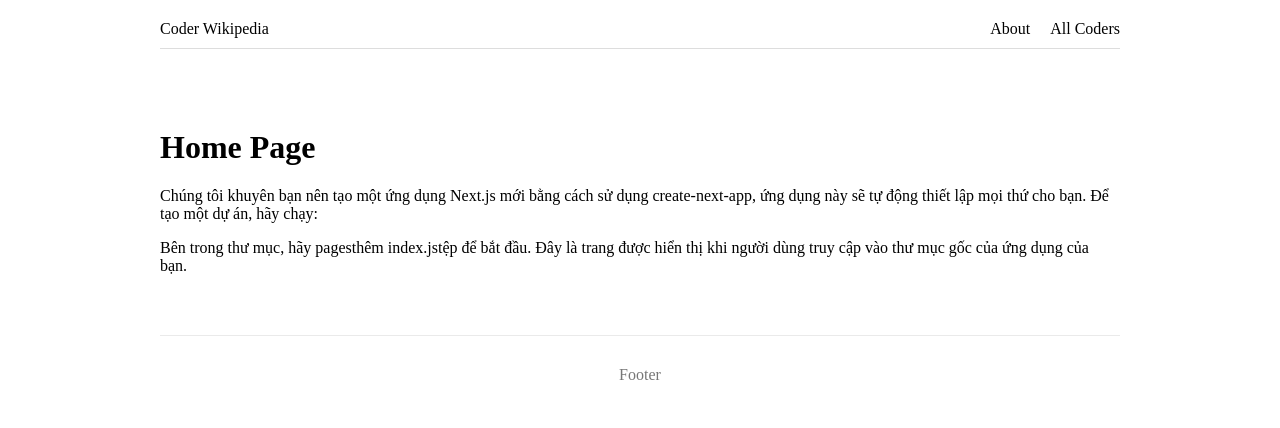
Repository: DuckyNumberONS/H-c-Next-Js
Page: / (app in my-app/)
An editor plug-in stored every save of this project. The page is shown before and after a run of saves, followed by the edit.
The browser window is 1280 px wide. The pictures show the whole page.
The project was rebuilt for these pictures with package versions that can differ from the ones it lists, and the page was loaded fresh each time. The framework's server and built-in components were replaced by stand-ins that run in the browser. Also part of the build but not shown: my-app/next.config.js.

Above is the page before, as saved 2022-09-22 09:24:41.

### my-app/pages/index.js

export default function Home() {
  return (
    <>
      <div>
        <h1>Home Page</h1>
        <p>
          Chúng tôi khuyên bạn nên tạo một ứng dụng Next.js mới bằng cách sử
          dụng create-next-app, ứng dụng này sẽ tự động thiết lập mọi thứ cho
          bạn. Để tạo một dự án, hãy chạy:
        </p>
        <p>
          Bên trong thư mục, hãy pagesthêm index.jstệp để bắt đầu. Đây là trang
          được hiển thị khi người dùng truy cập vào thư mục gốc của ứng dụng của
          bạn.
        </p>
      </div>
    </>
  );
}

### my-app/components/layout.js
import React from 'react'
import Footer from './Footer'
import Navbar from './navbar'

export default function Layout({children}) {
  return (
    <div className='content'>
        <Navbar />
            {children}
        <Footer />
    </div>
  )
}

### my-app/styles/globals.css
body{
  background: white;
  color: black;
  font-family: 'Bungee Spice', cursive;
}
a{
  color: black;
  text-decoration: none;
}
.content{
  max-width: 960px;
  margin: 0 auto;
}
nav{
  margin: 10px auto 80px;
  padding: 10px 0px;
  display: flex;
  justify-content: space-between;
  align-items: center;
  border-bottom: 1px solid #ddd;
}
nav a:not(:first-child){
  margin-left: 20px;
}
footer{
  display: block;
  text-align: center;
  padding: 30px 0;
  margin-top: 60px;
  color: #777;
  border-top: 1px solid #eaeaea;
}

### my-app/components/Footer.js
import React from "react";

export default function Footer() {
  return (
    <footer>Footer</footer>
  );
}

### my-app/components/navbar.js
import React from "react";
import Link from "next/link";
export default function Navbar() {
  return (
    <nav>
      <div>
        <Link href="/">
          <a>Coder Wikipedia</a>
        </Link>
      </div>
      <div>
        <Link href="/about">
          <a>About</a>
        </Link>
        <Link href="/coders">
          <a>All Coders</a>
        </Link>
      </div>
    </nav>
  );
}

Loaded but not shown: my-app/pages/_app.js (common file)

After the next 4 saves:
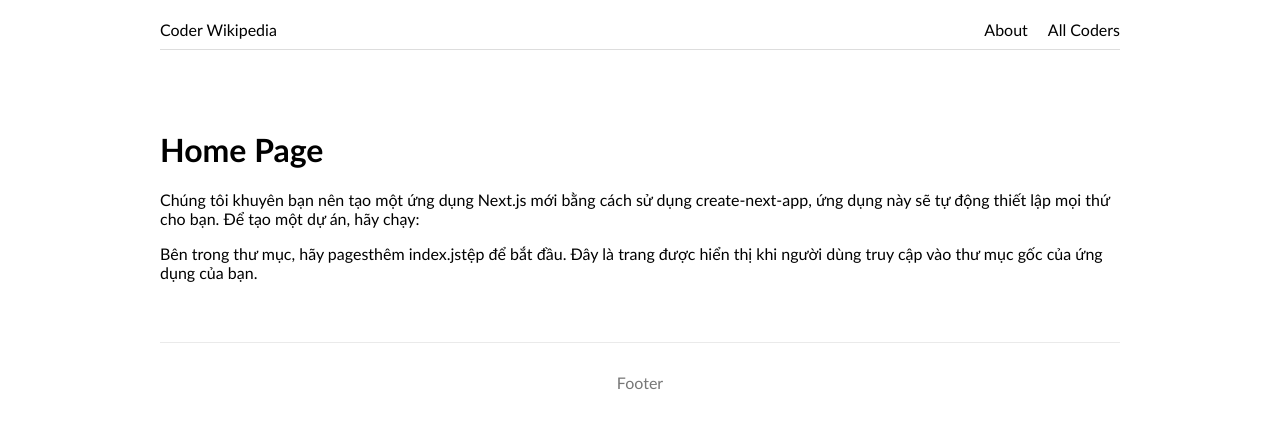
The 4 saves are shown as one change because they came seconds apart.
The last was saved 15 s later.
--- a/my-app/styles/globals.css
+++ b/my-app/styles/globals.css
@@ -1,7 +1,7 @@
 body{
   background: white;
   color: black;
-  font-family: 'Bungee Spice', cursive;
+  font-family:'Gill Sans', 'Gill Sans MT', Calibri, 'Trebuchet MS', sans-serif
 }
 a{
   color: black;
